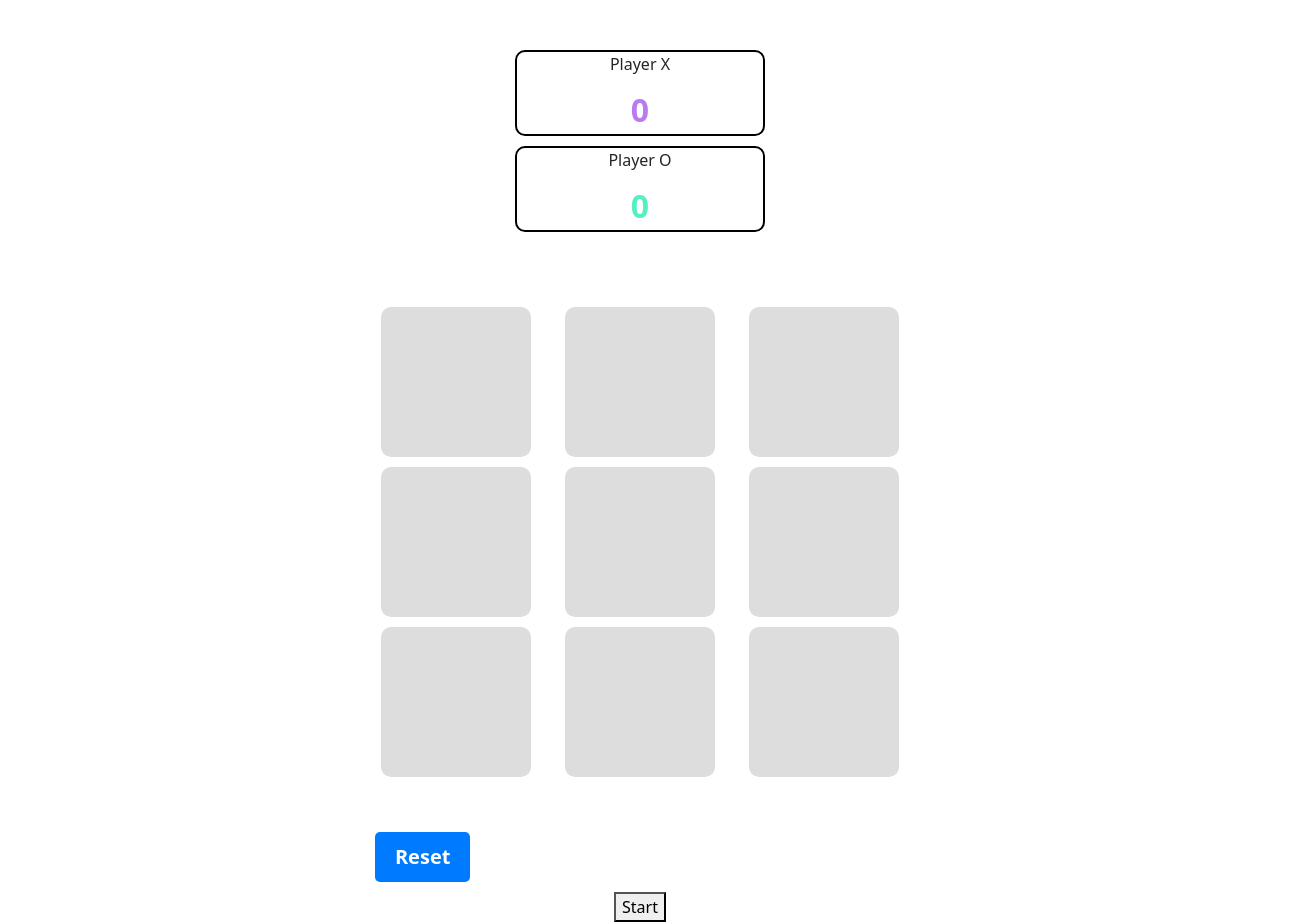
Repository: woodsdeshe/Tic-Tac-Toe
Page: index.html
The author's editor kept a copy of each file at every save. The page is drawn from the files as they stood at one save, then again after a run of saves.
The browser window is 1280 px wide. The page is 1292 px wide, so the pictures cover 1292 px, including what lies to the right of the window. The pictures show the whole page.

Above is the page before, as saved 2023-03-31 21:13:26.

### index.html
<!DOCTYPE html>
<html lang="en">
  <head>
    <meta charset="UTF-8" />
    <meta http-equiv="X-UA-Compatible" content="IE=edge" />
    <meta name="viewport" content="width=device-width, initial-scale=1.0" />
    <title>Tic Tac Toe | DeShe Woods</title>
    <link rel="stylesheet" href="styles.css" />
    <link
      href="https://cdn.jsdelivr.net/npm/bootstrap@5.3.0-alpha2/dist/css/bootstrap.min.css"
      rel="stylesheet"
      integrity="sha384-aFq/bzH65dt+w6FI2ooMVUpc+21e0SRygnTpmBvdBgSdnuTN7QbdgL+OapgHtvPp"
      crossorigin="anonymous"
    />
  </head>
  <body>
    <div class="container">
      <div class="row">
        <div class="col-12 scoreboard scoreboard-left">
          <div>Player X</div>
          <div class="score-x">0</div>
        </div>
        <div class="col-12 scoreboard scoreboard-right">
          <div>Player O</div>
          <div class="score-o">0</div>
        </div>
      </div>
      <div class="message"></div>
      <div class="container game-board">
        <div class="row">
          <div class="col-4">
            <div class="tile square-1"></div>
          </div>
          <div class="col-4">
            <div class="tile square-2"></div>
          </div>
          <div class="col-4">
            <div class="tile square-3"></div>
          </div>
        </div>
        <div class="row">
          <div class="col-4">
            <div class="tile square-4"></div>
          </div>
          <div class="col-4">
            <div class="tile square-5"></div>
          </div>
          <div class="col-4">
            <div class="tile square-6"></div>
          </div>
        </div>
        <div class="row">
          <div class="col-4">
            <div class="tile square-7"></div>
          </div>
          <div class="col-4">
            <div class="tile square-8"></div>
          </div>
          <div class="col-4">
            <div class="tile square-9"></div>
          </div>
        </div>
      </div>
      </div>
      <div class="row">
        <div class="col-8">
          <div class="reset">
            <button class="reset-btn">Reset</button>
          </div>
        </div>
        <div class="col-"> <div class="start">
          <button class="startBtn">Start</button>
        </div></div>

      </div>
    </div>
    <script
      src="https://cdn.jsdelivr.net/npm/bootstrap@5.3.0-alpha2/dist/js/bootstrap.bundle.min.js"
      integrity="sha384-qKXV1j0HvMUeCBQ+QVp7JcfGl760yU08IQ+GpUo5hlbpg51QRiuqHAJz8+BrxE/N"
      crossorigin="anonymous"
    ></script>
    <script src="script.js"></script>
  </body>
</html>

### styles.css
.container {
  display: flex;
  flex-direction: column;
  align-items: center;
  margin-top: 50px;
}

.scoreboard {
  display: flex;
  flex-direction: column;
  align-items: center;
  border: 2px solid black;
  border-radius: 10px;
  width: 200px;
}

.scoreboard-left {
  margin-right: 70px;
  margin-bottom: 10px;
}

.scoreboard-right {
  margin: 0;
}

.score-x {
  font-size: 48px;
  color: rgb(184, 123, 241);
}

.score-o {
  font-size: 48px;
  color: rgb(83, 240, 193);
}

.score-x,
.score-o {
  font-size: 2em;
  font-weight: bold;
  margin-top: 10px;
}

.message {
  font-size: 2em;
  margin-bottom: 20px;
}

.game-board {
  display: flex;
  justify-content: center;
}

.tile {
  width: 150px;
  height: 150px;
  background-color: #ddd;
  margin: 5px;
  border-radius: 10px;
  display: flex;
  justify-content: center;
  align-items: center;
  font-size: 50px;
  font-weight: bold;
  cursor: pointer;
}

.reset {
  text-align: center;
  margin-top: 50px;
}

.reset-btn {
  font-size: 20px;
  font-weight: bold;
  padding: 10px 20px;
  background-color: #007bff;
  color: white;
  border-radius: 5px;
  border: none;
  cursor: pointer;
}

.start {
    text-align: center;
    margin-top: 10px;
}

.x-symbol {
    color: rgb(184, 123, 241);
}

.o-symbol {
    color: rgb(83, 240, 193);
}

@media (max-width: 767px) {
  .scoreboard {
    margin-bottom: 20px;
  }
}

### script.js
// Variables that access the squares, reset button, scoreboards , and messaging for the game that will stay constant
const gameBoard = document.querySelector(".game-board");
const resetBtn = document.querySelector(".reset-btn");
const scoreboardX = document.querySelector(".score-x");
const scoreboardO = document.querySelector(".score-o");
const message = document.querySelector(".message");
const tile = document.querySelectorAll(".tile");

// Variables that access the current player, game over, X and O scores that will change based on conditions of the game
let currentPlayer = "X";
let gameOver = false;
let xScore = 0;
let oScore = 0;

// This event listener will check to see if the tiles are empty and will fill them with the symbol of the current player

gameBoard.addEventListener("click", (event) => {
  event.preventDefault();

  //This if statement checks to see if the game is over before allowing the players to continue playing. If gameOver is true, then the board becomes unclickable
  if (gameOver) {
    return;
  }

  // This variable will hold the square that gets clicked using the .target property
  const square = event.target;

  // Checks to see if the square contains a class of tile and the square is empty. If it's empty then the square will contain a symbol and alternate the symbol according to the current player
  if (square.classList.contains("tile") && square.textContent === "") {
    // This if statement adds or removes the appropriate symbol class based on the current player so that the colors of the symbols will be different
    if (currentPlayer === "X") {
      square.classList.add("x-symbol");
      square.classList.remove("o-symbol");
    } else {
      square.classList.add("o-symbol");
      square.classList.remove("x-symbol");
    }

    square.textContent = currentPlayer;

    //Updates the message variable to show who's turn it is on the screen
    message.textContent = `It's ${currentPlayer} turn`;

    currentPlayer = currentPlayer === "X" ? "O" : "X";
  }

  //Calls the checkForWinner function after each turn to see if a player has won
  checkForWinner();
});

// Check to see if the tiles contain a winning play of a specific player
function currentPlay(plays, player) {
  // The .every method checks through every tile within the player array that checks to see if they contain the current players symbol with a boolean "true" or "false"
  return plays.every((tile) => {
    tileElement = document.querySelector(`.square-${tile}`);
    return tileElement.textContent === player;
  });
}

// This function will check to see which player has the winning set after each move
function checkForWinner() {
  // Nested arrays that show all the winning plays that are needed to win
  const winningPlays = [
    [1, 2, 3],
    [4, 5, 6],
    [7, 8, 9],
    [1, 4, 7],
    [2, 5, 8],
    [3, 6, 9],
    [1, 5, 9],
    [3, 5, 7],
  ];

  // Loops through each array within "winingPlays" and stores the values in the variable "plays"
  for (let i = 0; i < winningPlays.length; i++) {
    const plays = winningPlays[i];

    // Create if/else conditions that will check to see if the current player has a winning play thats in 'winningPlays', if no one wins, it calls the "itsATie" function to alert the players that the game is over and prevents the players from continuing to play using th endGame function"
    if (currentPlay(plays, "X")) {
      xScore++;
      scoreboardX.textContent = xScore;
      message.textContent = "Player X Wins!";
      gameOver = true;
      endGame();
    } else if (currentPlay(plays, "O")) {
      oScore++;
      scoreboardO.textContent = oScore;
      message.textContent = "Player O Wins!";
      gameOver = true;
      endGame();
    } else if (itsATie()) {
      message.textContent = "Game over! It's a tie!!!";
      gameOver = true;
      endGame();
    }
  }

  // This function iterates through all the tiles on the board and checks to see if the board is full. If there isn't any empty tiles left, it returns true.
  function itsATie() {
    for (let i = 0; i < tile.length; i++) {
      if (tile[i].textContent === "") {
        return false;
      }
    }
    return true;
  }

  // This function iterates through all the tiles in the game and removes the gameBoard listener so that the board is no longer clickable when the game is over
  function endGame() {
    for (let i = 0; i < tile.length; i++) {
      tile[i].removeEventListener("click", handleClick);
    }
  }
}

//This function resets the game
function resetGame() {
  currentPlayer = "X";
  gameOver = false;
  message.textContent = `It's ${currentPlayer} turn`;
  scoreboardX.textContent = "0";
  scoreboardO.textContent = "0";
  xScore = 0;
  oScore = 0;

  // Clears the board by setting the text content of all tiles to an empty string
  tile.forEach((tile) => {
    tile.textContent = "";
  });

  // Add back the event listener to each tile so that they are clickable again
  tile.forEach((tile) => {
    tile.addEventListener("click", handleTileClick);
  });
}

resetBtn.addEventListener("click", () => {
  resetGame();
});

After the next 3 saves:
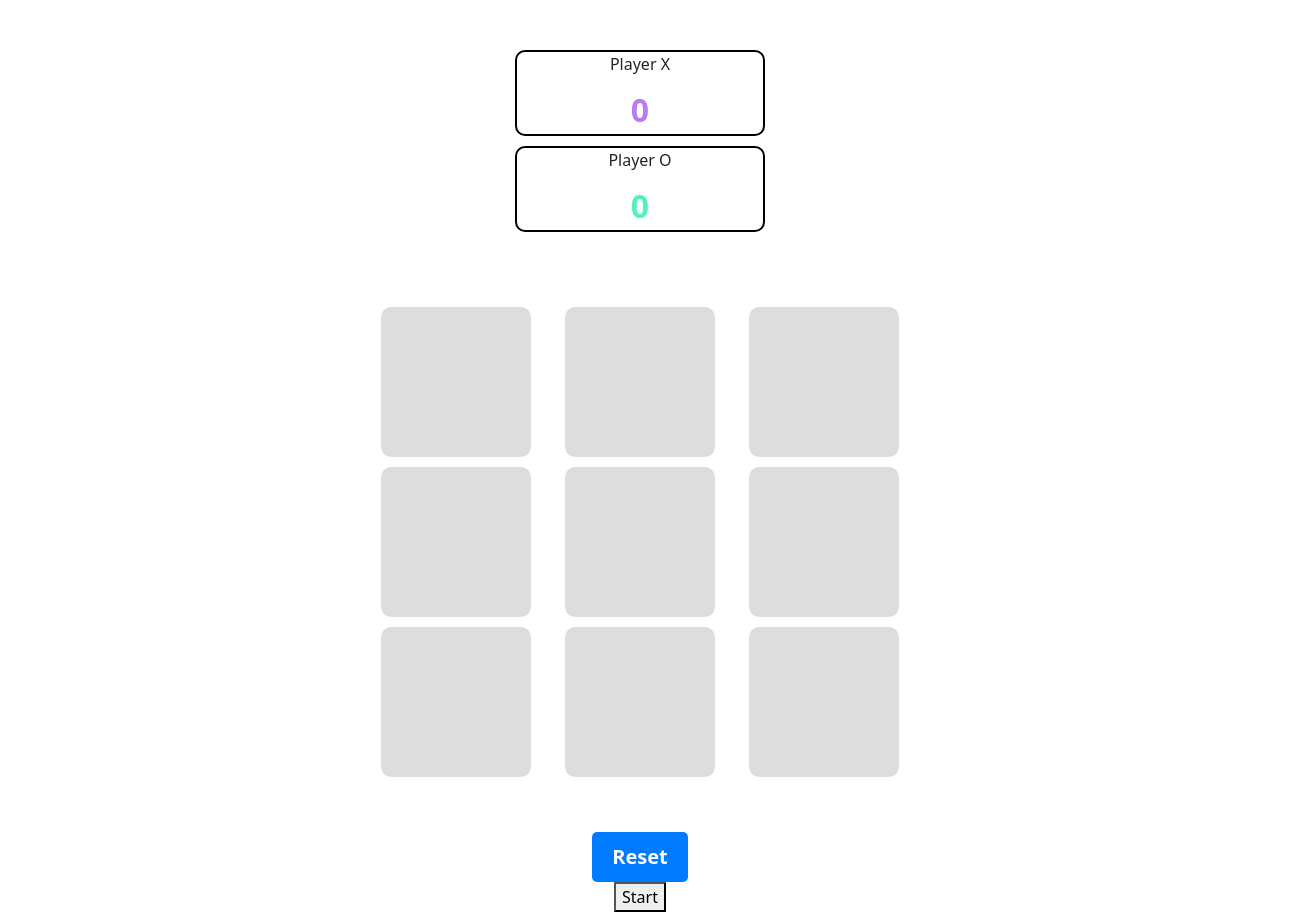
The 3 saves are shown as one change because they came seconds apart.
The last was saved 17 s later.
--- a/index.html
+++ b/index.html
@@ -63,15 +63,15 @@
       </div>
       </div>
       <div class="row">
-        <div class="col-8">
+        <div class="col">
           <div class="reset">
             <button class="reset-btn">Reset</button>
           </div>
+          <div class="col"></div>
         </div>
-        <div class="col-"> <div class="start">
+        <div class="start">
           <button class="startBtn">Start</button>
-        </div></div>
-
+        </div>
       </div>
     </div>
     <script
